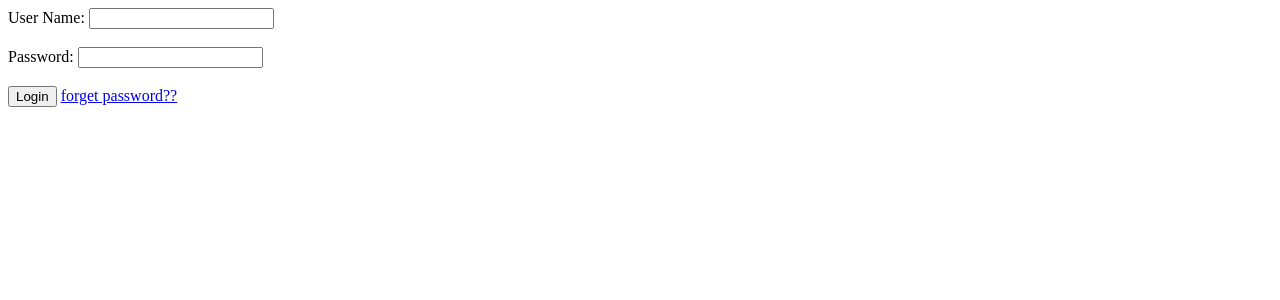
Repository: AmritOjha01/sms
Page: http://localhost/StudentManagementSystem/UserController?action=listUser
These files come from the project's save history. The page is drawn as it stood at one moment and after the next save; the edit follows.
The browser window is 1280 px wide. The pictures show the whole page.
The page is served by Tomcat 9. Other server files are loaded and not shown.

Above is the page before, as saved 2017-03-27 08:02:21.

### StudentManagementSystem/WebContent/login.jsp
<%@ page language="java" contentType="text/html; charset=ISO-8859-1"
	pageEncoding="ISO-8859-1"%>
<!DOCTYPE html PUBLIC "-//W3C//DTD HTML 4.01 Transitional//EN" "http://www.w3.org/TR/html4/loose.dtd">
<html>
<head>
<meta http-equiv="Content-Type" content="text/html; charset=ISO-8859-1">
<title>Insert title here</title>
</head>
<body>
	<form action="LoginController" method="post">
		User Name: <input type="text" name="uName"><br>
		<br> Password: <input type="password" name="pass"><br>
		<br> <input type="submit" value="Login">
		<a href="LoginController?action=getpassword">forget password??</a>
	</form>
</body>
</html>

### StudentManagementSystem/src/com/krishna/sis/controller/UserController.java
package com.krishna.sis.controller;

import java.io.IOException;
import java.text.ParseException;
import java.text.SimpleDateFormat;
import java.util.Date;

import javax.servlet.RequestDispatcher;
import javax.servlet.ServletException;
import javax.servlet.annotation.WebServlet;
import javax.servlet.http.HttpServlet;
import javax.servlet.http.HttpServletRequest;
import javax.servlet.http.HttpServletResponse;
import javax.servlet.http.HttpSession;

import com.krishna.sis.dto.UserDTO;
import com.krishna.sis.service.UserService;
import com.krishna.sis.service.UserServiceImpl;
import com.krishna.sis.util.EmailUtility;

@WebServlet("/UserController")
public class UserController extends HttpServlet {
	private static final long serialVersionUID = 1L;
	private static String INSERT_OR_EDIT = "/userCreate.jsp";
	private static String LIST_USER = "/userList.jsp";
	private static String LOGIN = "/login.jsp";
	private static String PREVIOUS_PWD = "/previousUserPassword.jsp";

	private UserService userService;

	public UserController() {
		super();
		userService = new UserServiceImpl();
	}

	protected void doGet(HttpServletRequest request, HttpServletResponse response)
			throws ServletException, IOException {
		String forward = "";
		String name = "";
		HttpSession session = request.getSession(false);
		if (session != null)
			name = (String) session.getAttribute("uname");
		else
			name = null;
		if (name != null) {
			String action = request.getParameter("action");

			if (action.equalsIgnoreCase("delete")) {
				int userId = Integer.parseInt(request.getParameter("userid"));
				userService.deleteUser(userId);
				forward = LIST_USER;
				request.setAttribute("users", userService.getAllUsers());
			} else if (action.equalsIgnoreCase("edit")) {
				forward = INSERT_OR_EDIT;
				int userId = Integer.parseInt(request.getParameter("userid"));
				UserDTO user = userService.getUserById(userId);
				request.setAttribute("user", user);
			} else if (action.equalsIgnoreCase("listUser")) {
				forward = LIST_USER;
				request.setAttribute("users", userService.getAllUsers());
			} else if (action.equalsIgnoreCase("insert")) {
				forward = INSERT_OR_EDIT;
			} else {
				forward = PREVIOUS_PWD;

			}
		} else {
			forward = LOGIN;
		}
		RequestDispatcher view = request.getRequestDispatcher(forward);
		view.forward(request, response);
	}

	protected void doPost(HttpServletRequest request, HttpServletResponse response)
			throws ServletException, IOException {
		UserDTO userDTO = new UserDTO();
		userDTO.setFirstName(request.getParameter("firstName"));
		userDTO.setLastName(request.getParameter("lastName"));
		userDTO.setUsername(request.getParameter("username"));
		userDTO.setPassword(request.getParameter("password"));
		String dateOfBirth = request.getParameter("dob");
		try {
			Date dob = new SimpleDateFormat("yyyy-MM-dd").parse(dateOfBirth);
			userDTO.setDob(dob);
		} catch (ParseException e) {
			e.printStackTrace();
		}
		userDTO.setEmail(request.getParameter("email"));
		String userid = request.getParameter("userid");
		if (userid == null || userid.isEmpty()) {
			userService.saveUser(userDTO);
			EmailUtility.sendEmail(userDTO.getPassword());
		} else {
			userDTO.setUserId(Integer.parseInt(userid));
			userService.updateUser(userDTO);
		}

		RequestDispatcher view = request.getRequestDispatcher(LIST_USER);
		request.setAttribute("users", userService.getAllUsers());
		view.forward(request, response);
	}
}

### StudentManagementSystem/src/com/krishna/sis/service/UserServiceImpl.java
package com.krishna.sis.service;

import java.util.List;

import com.krishna.sis.dao.UserDao;
import com.krishna.sis.dao.UserDaoImpl;
import com.krishna.sis.dto.UserDTO;

public class UserServiceImpl implements UserService {

	UserDao userDao = new UserDaoImpl();

	@Override
	public boolean saveUser(UserDTO userDTO) {
		return userDao.saveUser(userDTO);
	}

	@Override
	public boolean updateUser(UserDTO userDTO) {
		return userDao.updateUser(userDTO);
	}

	@Override
	public List<UserDTO> getAllUsers() {
		return userDao.getAllUsers();
	}

	@Override
	public UserDTO getUserById(int userId) {
		return userDao.getUserById(userId);
	}

	@Override
	public void deleteUser(int userId) {
		userDao.deleteUser(userId);

	}

	@Override
	public UserDTO getUserByUserNameAndPassword(String username, String password) {
		return userDao.getUserByUserNameAndPassword(username, password);
	}

	@Override
	public UserDTO getPasswordByEmail(String email) {

		return userDao.getPasswordByEmail(email);
	}

	@Override
	public UserDTO getPasswordByPassword(String pwd) {

		return userDao.getPasswordByPassword(pwd);
	}

}

### StudentManagementSystem/src/com/krishna/sis/dao/UserDao.java
package com.krishna.sis.dao;

import java.util.List;

import com.krishna.sis.dto.UserDTO;

public interface UserDao {
	public boolean saveUser(UserDTO userDTO);

	public boolean updateUser(UserDTO userDTO);

	public List<UserDTO> getAllUsers();

	public UserDTO getUserById(int userId);

	public void deleteUser(int userId);

	public UserDTO getUserByUserNameAndPassword(String username, String password);

	public UserDTO getPasswordByEmail(String email);

	public UserDTO getPasswordByPassword(String pwd);
}

### StudentManagementSystem/src/com/krishna/sis/dao/UserDaoImpl.java
package com.krishna.sis.dao;

import java.sql.PreparedStatement;
import java.sql.ResultSet;
import java.util.ArrayList;
import java.util.List;

import com.krishna.sis.dto.UserDTO;
import com.krishna.sis.util.DbUtil;
import com.krishna.sis.util.QueryUtil;

public class UserDaoImpl implements UserDao {
	public boolean saveUser(UserDTO userDTO) {
		PreparedStatement ps = null;
		int savedUser = 0;
		try {
			ps = DbUtil.getConnection().prepareStatement(QueryUtil.CREATE_USER);
			// ps.setNull(1, java.sql.Types.INTEGER);
			ps.setString(1, userDTO.getFirstName());
			ps.setString(2, userDTO.getLastName());
			ps.setString(3, userDTO.getEmail());
			ps.setDate(4, new java.sql.Date(userDTO.getDob().getTime()));
			ps.setString(5, userDTO.getUsername());
			ps.setString(6, userDTO.getPassword());
			savedUser = ps.executeUpdate();

		} catch (Exception ex) {
			ex.printStackTrace();
		} finally {
			DbUtil.closeAll(ps);
		}
		if (savedUser >= 1) {
			return true;
		}
		return false;
	}

	public boolean updateUser(UserDTO userDTO) {
		PreparedStatement ps = null;
		int uUpdated = 0;
		try {
			ps = DbUtil.getConnection().prepareStatement(QueryUtil.UPDATE_USER);
			ps.setString(1, userDTO.getFirstName());
			ps.setString(2, userDTO.getLastName());
			ps.setString(3, userDTO.getEmail());
			ps.setDate(4, new java.sql.Date(userDTO.getDob().getTime()));
			ps.setString(5, userDTO.getPassword());
			ps.setInt(6, userDTO.getUserId());
			uUpdated = ps.executeUpdate();
		} catch (Exception ex) {
			ex.printStackTrace();
		} finally {
			DbUtil.closeAll(ps);
		}
		if (uUpdated >= 1) {
			return true;
		}
		return false;
	}

	public List<UserDTO> getAllUsers() {
		List<UserDTO> users = new ArrayList<UserDTO>();
		PreparedStatement ps = null;
		try {
			ps = DbUtil.getConnection().prepareStatement(QueryUtil.GET_ALL_USER);
			ResultSet rs = ps.executeQuery();
			while (rs.next()) {
				UserDTO userDTO = new UserDTO();
				userDTO.setUserId(rs.getInt("user_id"));
				userDTO.setFirstName(rs.getString("first_name"));
				userDTO.setLastName(rs.getString("last_name"));
				userDTO.setDob(rs.getDate("dob"));
				userDTO.setEmail(rs.getString("email"));
				userDTO.setUsername(rs.getString("username"));
				users.add(userDTO);
			}
		} catch (Exception ex) {
			ex.printStackTrace();
		} finally {
			DbUtil.closeAll(ps);
		}

		return users;
	}

	public UserDTO getUserById(int userId) {
		UserDTO user = new UserDTO();
		PreparedStatement ps = null;
		try {
			ps = DbUtil.getConnection().prepareStatement(QueryUtil.GET_USER_BY_ID);
			ps.setInt(1, userId);
			ResultSet rs = ps.executeQuery();
			if (rs.next()) {
				user.setUserId(rs.getInt("user_id"));
				user.setFirstName(rs.getString("first_name"));
				user.setLastName(rs.getString("last_name"));
				user.setDob(rs.getDate("dob"));
				user.setEmail(rs.getString("email"));
				user.setUsername(rs.getString("username"));
			}
		} catch (Exception ex) {
			ex.printStackTrace();
		} finally {
			DbUtil.closeAll(ps);
		}
		return user;
	}

	public void deleteUser(int userId) {
		PreparedStatement ps = null;
		try {
			ps = DbUtil.getConnection().prepareStatement(QueryUtil.DELETE_USER);
			ps.setInt(1, userId);
			ps.executeUpdate();

		} catch (Exception ex) {
			ex.printStackTrace();
		} finally {
			DbUtil.closeAll(ps);
		}
	}

	public UserDTO getUserByUserNameAndPassword(String username, String password) {
		UserDTO user = new UserDTO();
		PreparedStatement ps = null;
		try {
			ps = DbUtil.getConnection().prepareStatement(QueryUtil.GET_USER_BY_USERNAME_AND_PASSWORD);
			ps.setString(1, username);
			ps.setString(2, password);
			ResultSet rs = ps.executeQuery();
			if (rs.next()) {
				user.setUserId(rs.getInt("user_id"));
				user.setUsername(rs.getString("username"));
				user.setPassword(rs.getString("password"));
			}
		} catch (Exception ex) {
			ex.printStackTrace();
		} finally {
			DbUtil.closeAll(ps);
		}
		return user;
	}

	@Override
	public UserDTO getPasswordByEmail(String email) {
		UserDTO user = new UserDTO();
		PreparedStatement ps = null;
		try {
			ps = DbUtil.getConnection().prepareStatement(QueryUtil.GET_BY_EMAIL);
			ps.setString(1, email);
			ResultSet rs = ps.executeQuery();
			if (rs.next()) {
				user.setUserId(rs.getInt("user_id"));
				user.setFirstName(rs.getString("first_name"));
				user.setLastName(rs.getString("last_name"));
				user.setDob(rs.getDate("dob"));
				user.setEmail(rs.getString("email"));
				user.setUsername(rs.getString("username"));
				user.setPassword(rs.getString("password"));
			}
		} catch (Exception ex) {
			ex.printStackTrace();
		} finally {
			DbUtil.closeAll(ps);
		}
		return user;
	}

	@Override
	public UserDTO getPasswordByPassword(String pwd) {

		UserDTO user = new UserDTO();
		PreparedStatement ps = null;
		try {
			ps = DbUtil.getConnection().prepareStatement(QueryUtil.GET_PASSWORD_BY_PASSWORD);
			ps.setString(1, pwd);
			ResultSet rs = ps.executeQuery();
			if (rs.next()) {
				user.setUserId(rs.getInt("user_id"));
				user.setFirstName(rs.getString("first_name"));
				user.setLastName(rs.getString("last_name"));
				user.setDob(rs.getDate("dob"));
				user.setEmail(rs.getString("email"));
				user.setUsername(rs.getString("username"));
				user.setPassword(rs.getString("password"));
			}
		} catch (Exception ex) {
			ex.printStackTrace();
		} finally {
			DbUtil.closeAll(ps);
		}
		return user;
	}
}

After the next save:
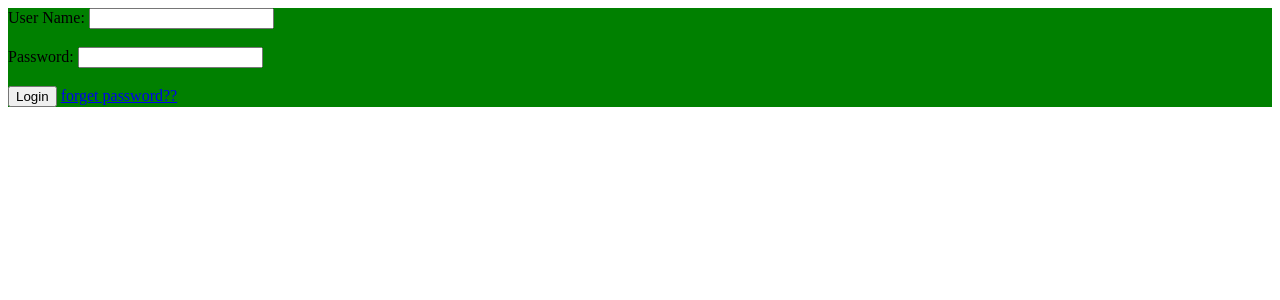
Saved 3 h 3 min later.
--- a/StudentManagementSystem/WebContent/login.jsp
+++ b/StudentManagementSystem/WebContent/login.jsp
@@ -7,7 +7,7 @@
 <title>Insert title here</title>
 </head>
 <body>
-	<form action="LoginController" method="post">
+	<form action="LoginController" method="post" style="background-color: green">
 		User Name: <input type="text" name="uName"><br>
 		<br> Password: <input type="password" name="pass"><br>
 		<br> <input type="submit" value="Login">
